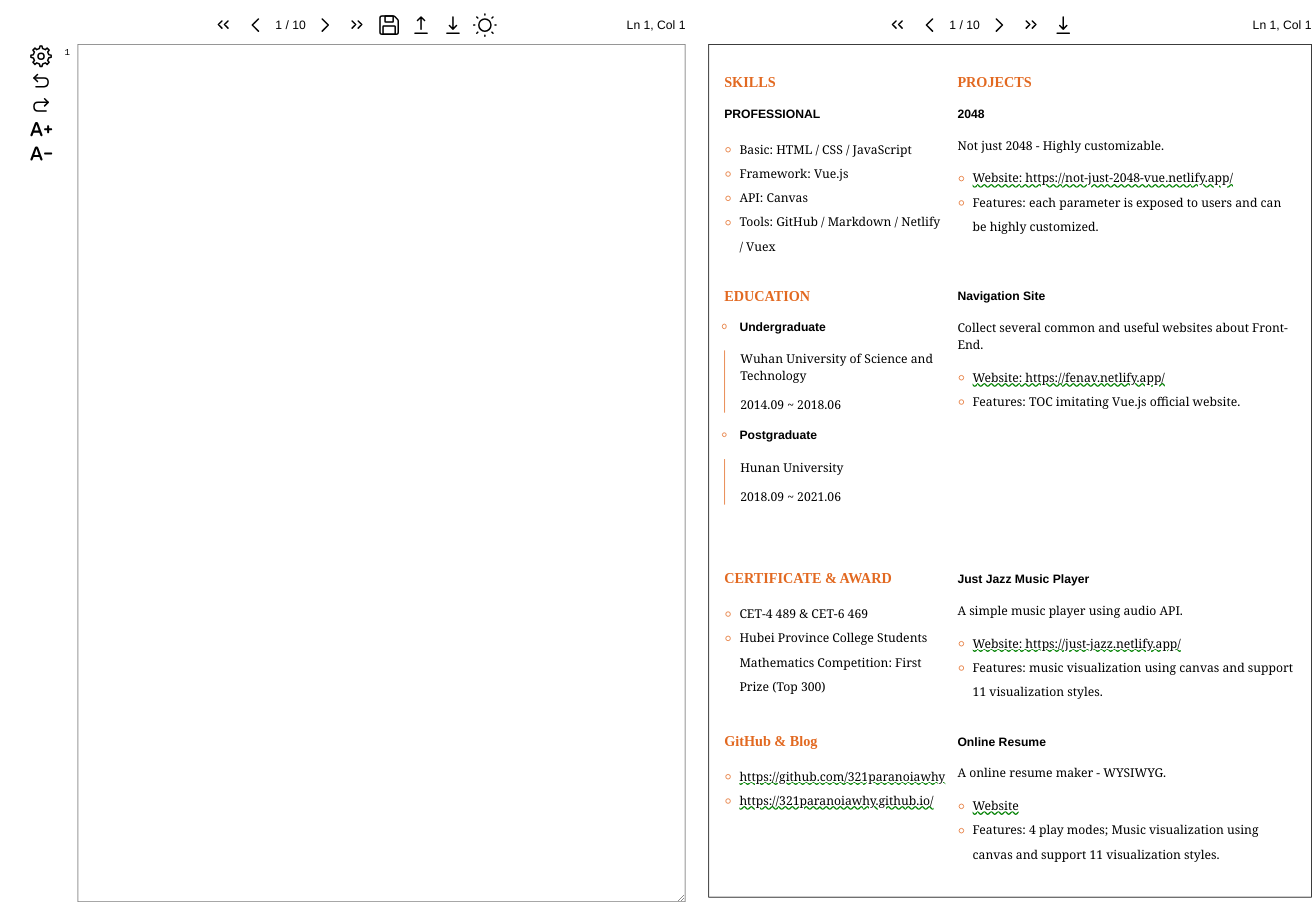
Repository: 321paranoiawhy/online-resume
Page: /
An editor plug-in stored every save of this project. The page is shown before and after the next save, followed by the edit.
The browser window is 1280 px wide. The page is 1726 px wide, so the pictures cover 1726 px, including what lies to the right of the window. The pictures show the whole page, at 76% of full size.
The project was rebuilt for these pictures with package versions that can differ from the ones it lists, and the page was loaded fresh each time. Also part of the build but not shown: vue.config.js, src/components/Header.vue, src/components/Introduction.vue, src/components/Footer.vue.

Above is the page before, as saved 2022-06-08 17:52:01.

### src/App.vue
<template>
    <router-view />
</template>

<style lang="scss">
html,
body,
#app {
    height: 100%;
}
#app {
    font-family: Avenir, Helvetica, Arial, sans-serif;
    -webkit-font-smoothing: antialiased;
    -moz-osx-font-smoothing: grayscale;
    text-align: center;
    // color: #2c3e50;
}
</style>

### src/css/common.css
:root {
    --A4-width: 210mm;
    --A4-height: 297mm;
    /* CSS 全局变量, 任何地方均可通过 var() 访问变量值 */
    --base: 12;
    /* 基于 --base 计算 --font-size-small 和 --line-height-small */
    /* 参考链接: https://www.ruanyifeng.com/blog/2017/05/css-variables.html */
    --font-size-small: calc(var(--base) * 1px);
    --line-height-small: calc(var(--base) * 1.5px);
    /* 字符间距 */
    --letter-spacing: 0.05em;
}
textarea.left-textarea {
    width: var(--A4-width); /* 210 * 96 / 25.4 = 793.7 px */
    height: var(--A4-height); /* 297 * 96 / 25.4 = 1122.52 px */
    /* 字体大小 */
    font-size: var(--font-size-small);
    /* 行高 */
    line-height: var(--line-height-small);
    /* 字符间距 */
    letter-spacing: var(--letter-spacing);
    /* 统一各浏览器下 textarea 盒模型 */
    margin: 0;
    border-width: 1px;
    padding: 2px;
}
div.right-output {
    /* 1 in = 25.4 mm = 96 px */
    width: var(--A4-width); /* 210 * 96 / 25.4 = 793.7 px */
    height: var(--A4-height); /* 297 * 96 / 25.4 = 1122.52 px */
    margin: 0;
    border: 1px solid red;
    padding: 2px;
    /* & .name {
        border: 1px solid blue;
    } */
}
img {
    width: 32px;
    height: 32px;
    cursor: pointer;
}

### src/views/HomeView.vue
<template>
    <!-- <TopHeader></TopHeader> -->
    <!-- <Introduction></Introduction> -->
    <div class="main-flex">
        <LeftInput class="left-input"></LeftInput>
        <RightOutput></RightOutput>
    </div>
    <!-- <BottomFooter></BottomFooter> -->
</template>

<script>
// @ is an alias to /src
import TopHeader from "@/components/Header.vue";
import Introduction from "@/components/Introduction.vue";
import LeftInput from "@/components/LeftInput.vue";
import RightOutput from "@/components/RightOutput.vue";
import BottomFooter from "@/components/Footer.vue";

// 功能拆解
// 下载源码和渲染结果文件(HTML&CSS, PDF, DOCX), 使用 Pandoc
// LaTeX 语法支持 (引入 MathJax)
// JavaScript 实现 解析
// common.css 负责特定样式
// 切换主题或者切换模板
// 主题 白天 黑夜
// 模板 暂定唯一模板 后续定制更多模板 (寻找优雅的 resume 模板)
// autosave
// localstorage
// 左侧应有快速插入标记, 如 name
export default {
    name: "HomeView",
    components: {
        TopHeader,
        Introduction,
        LeftInput,
        RightOutput,
        BottomFooter,
    },
};
</script>

<style scoped lang="scss">
div.main-flex {
    display: flex;
    width: fit-content;
    & .left-input {
        margin-left: 30px;
        margin-right: 30px;
    }
}
</style>

### src/components/RightOutput.vue
<template>
    <div class="right-output-flex-column">
        <div class="top-flex">
            <div class="center">
                <img
                    v-for="(item, index) in rightOutputImage.slice(0, 2)"
                    :key="index"
                    :src="require('../assets/images/' + item.img_src + '.svg')"
                    :alt="item.img_src"
                    @click="Fn(item.function)"
                />
                <p>{{ currentOutputPage }} / {{ totalOutputPage }}</p>
                <img
                    v-for="(item, index) in rightOutputImage.slice(2)"
                    :key="index"
                    :src="require('../assets/images/' + item.img_src + '.svg')"
                    :alt="item.img_src"
                    @click="Fn(item.function)"
                />
            </div>
            <!-- 快速跳转至某行某列 (默认当前页) -->
            <p @click="gotoLnAndCol">Ln 1, Col 1</p>
        </div>
        <!-- <div class="right-output" ref="output"></div> -->
        <testTemplate></testTemplate>
    </div>
</template>

<script>
import rightOutputImage from "/public/data/rightOutputImage.json";
import testTemplate from "./testTemplate.vue";

import { onMounted, ref, watch } from "@vue/runtime-core";
import { useStore } from "vuex";

export default {
    name: "RightOutput",
    components: {
        testTemplate,
    },
    setup() {
        let currentOutputPage = ref(1);
        let totalOutputPage = ref(10);
        const store = useStore();
        let output = ref(null);
        // 思路一: 根据左边输入栏实时输出至右边, 并设置相应的样式
        // 思路二: 默认右边已有示例模板, 左边输入栏实时输入右边输出栏实时更新替换
        // 思路二更优: 用户可预览, 页面须有提示或者有帮助文档 F1 查看 各块对应语法 syntax
        onMounted(() => {
            // output.value.value = computed(() => {
            //     console.log(store.state.compiledHTML);
            //     return store.state.compiledHTML;
            // });
            // output.value.innerHTML = store.state.compiledHTML;
        });
        watch(
            () => store.state.compiledHTML,
            () => {
                output.value.innerHTML = store.state.compiledHTML;
                // 设置 CSS 样式
            }
        );
        return {
            rightOutputImage,
            currentOutputPage,
            totalOutputPage,
            output,
        };
    },
};
</script>

<style scoped lang="scss">
.right-output-flex-column {
    display: flex;
    flex-direction: column;
    & div.top-flex {
        display: flex;
        width: 210mm;
        margin-left: auto;
        justify-content: center;
        & div.center {
            flex-grow: 1;
            display: flex;
            justify-content: center;
            align-items: center;
            gap: 10px;
        }
    }
}
</style>

### src/components/Sidebar.vue
<template>
    <div class="sidebar-flex-column">
        <img
            v-for="(item, index) in sidebarImage"
            :key="index"
            :src="require('../assets/images/' + item.img_src + '.svg')"
            :alt="item.img_src"
            @click="Fn(item.function)"
        />
    </div>
</template>

<script>
// 引入图片 json 数据文件
import sidebarImage from "/public/data/sidebarImage.json";

export default {
    name: "Sidebar",
    setup() {
        // 当前 base
        let currentBase = 12;
        // Fn: 根据入参执行相应函数
        let Fn = (parameter) => {
            switch (parameter) {
                case "set":
                    break;
                // 撤销 TODO(有限次 or 无限次)
                case "undo":
                    break;
                // 重做 TODO
                case "redo":
                    break;
                // 每次 --base +2
                case "textIncrease":
                    // 最大值: 24 (2*12)
                    if (currentBase === 24) {
                        return;
                    }
                    // 修改 root --base (可同步修改 --font-size-small,--line-height-small)
                    document.documentElement.style.setProperty(
                        "--base",
                        `${currentBase + 2}`
                    );
                    // 更新 currentBase
                    currentBase += 2;
                    break;
                // 每次 --base -2
                case "textDecrease":
                    // 最小值: 8
                    if (currentBase === 8) {
                        return;
                    }
                    document.documentElement.style.setProperty(
                        "--base",
                        `${currentBase - 2}`
                    );
                    // 更新 currentBase
                    currentBase -= 2;
                    break;
                default:
                    break;
            }
        };
        return {
            sidebarImage,
            currentBase,
            Fn,
        };
    },
};
</script>

<style scoped lang="scss">
.sidebar-flex-column {
    display: flex;
    flex-direction: column;
    width: fit-content;
    height: fit-content;
}
</style>

### src/components/testTemplate.vue
<template>
    <div class="grid">
        <div>
            <h3>SKILLS</h3>
            <h4>PROFESSIONAL</h4>
            <ul>
                <li>Basic: HTML / CSS / JavaScript</li>
                <li>Framework: Vue.js</li>
                <li>API: Canvas</li>
                <li>Tools: GitHub / Markdown / Netlify / Vuex</li>
            </ul>
        </div>
        <div>
            <h3>PROJECTS</h3>
            <h4>2048</h4>
            <p>Not just 2048 - Highly customizable.</p>
            <ul>
                <li>
                    <a href="https://not-just-2048-vue.netlify.app/"
                        >Website: https://not-just-2048-vue.netlify.app/</a
                    >
                </li>
                <li>
                    Features: each parameter is exposed to users and can be
                    highly customized.
                </li>
            </ul>
        </div>
        <div>
            <h3>EDUCATION</h3>
            <h4 class="disc">Undergraduate</h4>
            <div class="border">
                <p>Wuhan University of Science and Technology</p>
                <p>2014.09 ~ 2018.06</p>
            </div>
            <h4 class="disc">Postgraduate</h4>
            <div class="border">
                <p>Hunan University</p>
                <p>2018.09 ~ 2021.06</p>
            </div>
        </div>
        <div>
            <h4>Navigation Site</h4>
            <p>Collect several common and useful websites about Front-End.</p>
            <ul>
                <li>
                    <a href="https://fenav.netlify.app/"
                        >Website: https://fenav.netlify.app/</a
                    >
                </li>
                <li>Features: TOC imitating Vue.js official website.</li>
            </ul>
        </div>
        <div>
            <h3>CERTIFICATE & AWARD</h3>
            <ul>
                <li>CET-4 489 & CET-6 469</li>
                <li>
                    Hubei Province College Students Mathematics Competition:
                    First Prize (Top 300)
                </li>
            </ul>
        </div>
        <div>
            <h4>Just Jazz Music Player</h4>
            <p>A simple music player using audio API.</p>
            <ul>
                <li>
                    <a href="https://just-jazz.netlify.app/"
                        >Website: https://just-jazz.netlify.app/</a
                    >
                </li>
                <li>
                    Features: music visualization using canvas and support 11
                    visualization styles.
                </li>
            </ul>
        </div>
        <div>
            <h3>GitHub & Blog</h3>
            <ul>
                <li>
                    <a href="https://github.com/321paranoiawhy"
                        >https://github.com/321paranoiawhy</a
                    >
                </li>
                <li>
                    <a href="https://321paranoiawhy.github.io/"
                        >https://321paranoiawhy.github.io/</a
                    >
                </li>
            </ul>
        </div>
        <div>
            <h4>Online Resume</h4>
            <p>A online resume maker - WYSIWYG.</p>
            <ul>
                <li>
                    <a href="https://just-jazz.netlify.app/">Website</a>
                </li>
                <li>
                    Features: 4 play modes; Music visualization using canvas and
                    support 11 visualization styles.
                </li>
            </ul>
        </div>
    </div>
</template>

<script>
export default {
    name: "testTemplate",
    setup() {
        return {};
    },
};
</script>

<style scoped lang="scss">
// @import url("https://fonts.googleapis.com/css2?family=Cormorant+Garamond:wght@500&display=swap");
$margin-left: 20px;
div.grid {
    display: grid;
    grid-template-columns: 0.618fr 1fr;
    // grid-template-rows: auto;
    column-gap: 1rem;
    width: var(--A4-width);
    height: var(--A4-height);
    // background-color: #e6e6e6;
    text-align: left;
    // border-box
    box-sizing: border-box;
    // 内边距
    padding: 20px;
    border: 1px solid;
    & ul {
        padding: 0 0 0 $margin-left;
        margin: 0;
        list-style-type: circle;
        font-family: Cambria;
        & li {
            & img {
                width: 24px;
                height: 24px;
                vertical-align: middle;
                margin-right: 5px;
            }
            height: 2rem;
            line-height: 2rem;
        }
    }
    & ul li::marker {
        color: #e26921;
    }
    & p {
        font-family: Cambria;
    }
    & h3 {
        color: #e26921;
        font-family: didot;
    }
    & h4.disc {
        position: relative;
        margin-left: $margin-left;
        &::before {
            position: absolute;
            content: " ";
            left: -23.2px;
            top: 25%;
            width: 4.4px;
            height: 4.4px;
            border: 1px solid #e26921;
            border-radius: 50%;
        }
    }
    & a {
        text-decoration: green wavy underline;
        color: inherit;
        // font-family: Cambria;
        // font-family: "Cormorant Garamond", serif;
    }
    & div.border {
        border-left: 1px solid #e26921;
        & p {
            margin-left: $margin-left;
        }
    }
}
</style>

Loaded but not shown: public/index.html (common file); src/router/index.js (common file); public/data/leftInputImage.json (30 lines, source omitted); public/data/rightOutputImage.json (22 lines, source omitted); public/data/sidebarImage.json (22 lines, source omitted); src/store/index.js (34 lines, source omitted); src/main.js (8 lines, source omitted); src/components/LeftInput.vue (291 lines, source omitted)

After the next save:
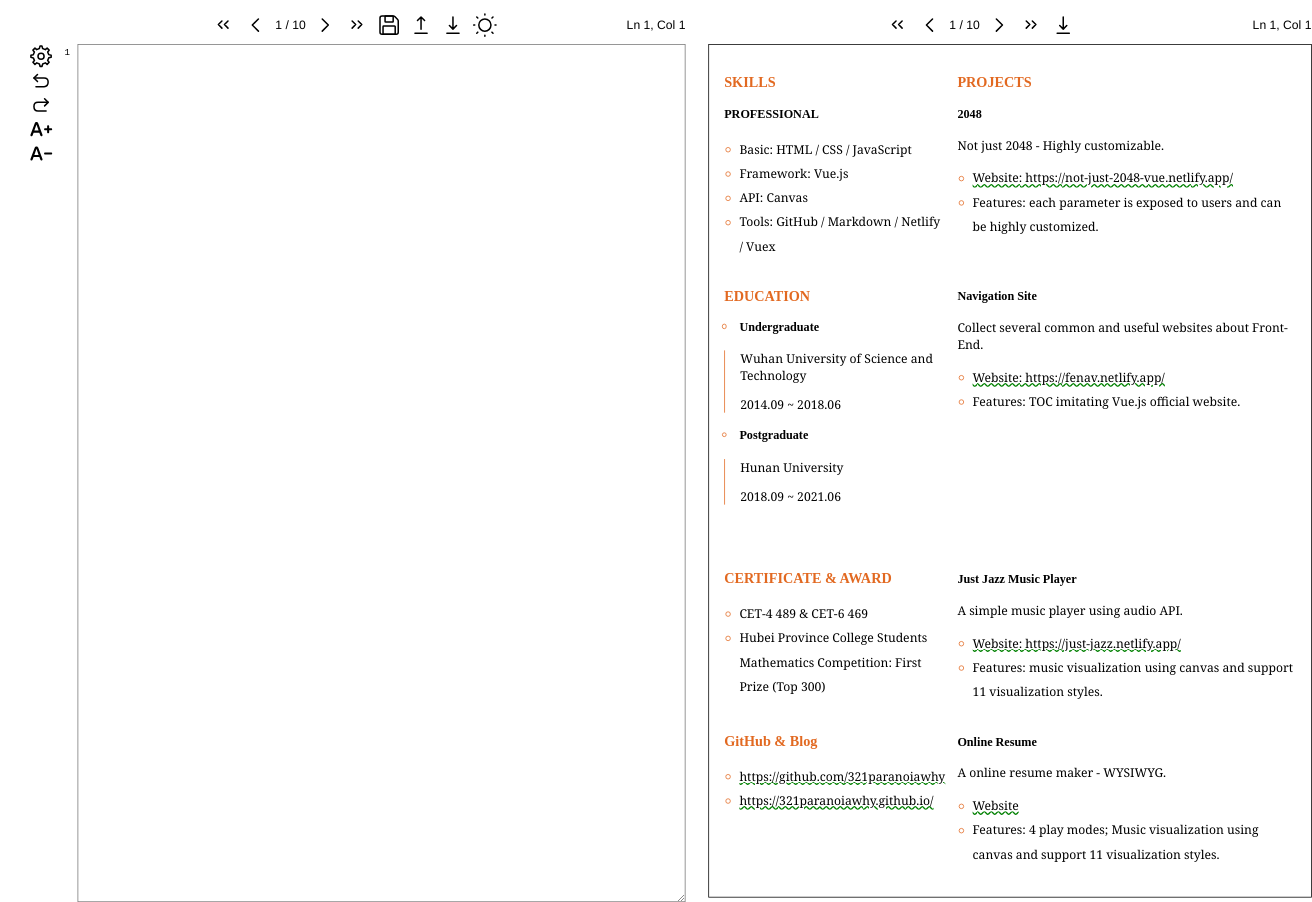
Saved 44 s later.
--- a/src/components/testTemplate.vue
+++ b/src/components/testTemplate.vue
@@ -159,6 +159,9 @@
         color: #e26921;
         font-family: didot;
     }
+    & h4 {
+        font-family: didot;
+    }
     & h4.disc {
         position: relative;
         margin-left: $margin-left;
